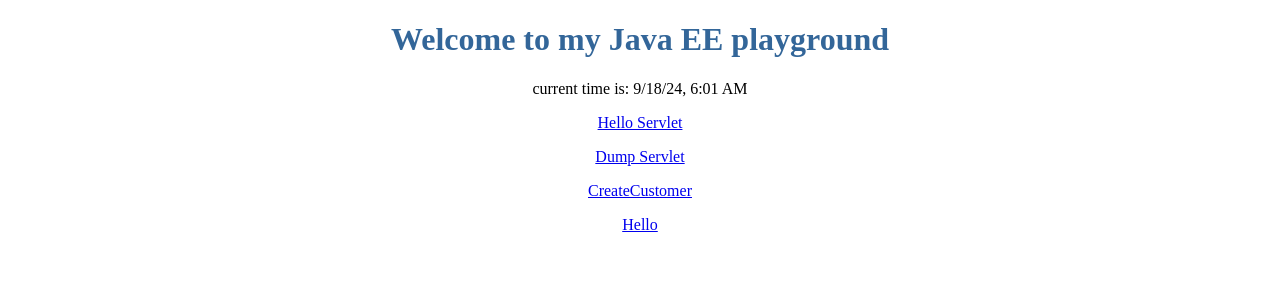
Repository: zoooolander/systex_prac_javaee
Page: http://localhost/myWeb/
These files come from the project's save history. The page is drawn as it stood at one moment and after the next save; the edit follows.
The browser window is 1280 px wide. The pictures show the whole page.
The page is served by Tomcat 10.

Above is the page before, as saved 2024-09-19 07:06:38.

After the next save:
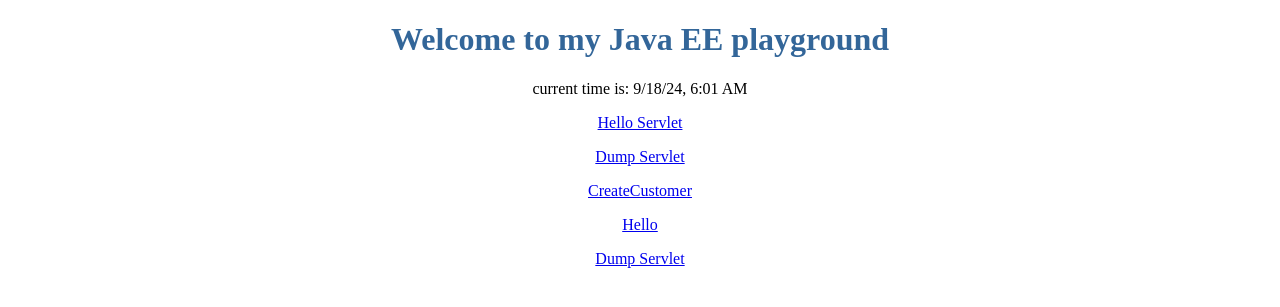
Saved 2 s later.
--- a/myWeb/src/main/webapp/index.jsp
+++ b/myWeb/src/main/webapp/index.jsp
@@ -26,5 +26,8 @@
 	<p>
 		<a href="hello.jsp">Hello</a>
 	</p>
+	<p>
+		<a href="admin/dump.jsp">Dump Servlet</a>
+	</p>
 </body>
 </html>
